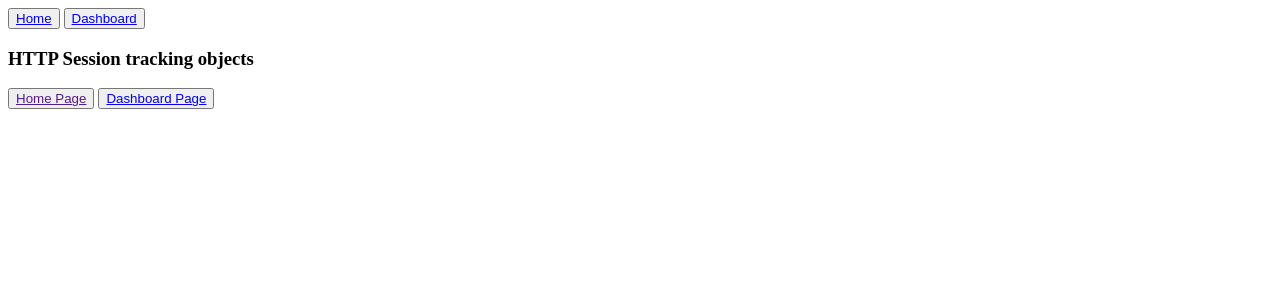
Repository: harshithkandula/Myfirstpractice
Page: SessionTrackingDemo/src/main/webapp/index.html
An editor plug-in stored every save of this project. The page is shown before and after the next save, followed by the edit.
The browser window is 1280 px wide. The pictures show the whole page.

Above is the page before, as saved 2024-02-10 14:23:14.

### SessionTrackingDemo/src/main/webapp/index.html
<!DOCTYPE html>
<html>
<head>
<meta charset="ISO-8859-1">
<title>Insert title here</title>
</head>
<body>

      <button>
             <a href="home">Home</a>
       </button>
      <button>
            <a href="ds">Dashboard</a>
      </button>

      <h3>HTTP Session tracking objects</h3>

      <button>
         <a href="">Home Page</a>
      </button>

      <button>
         <a href="DASHBOARD">Dashboard Page</a>
      </button>
</body>
</html>

After the next save:
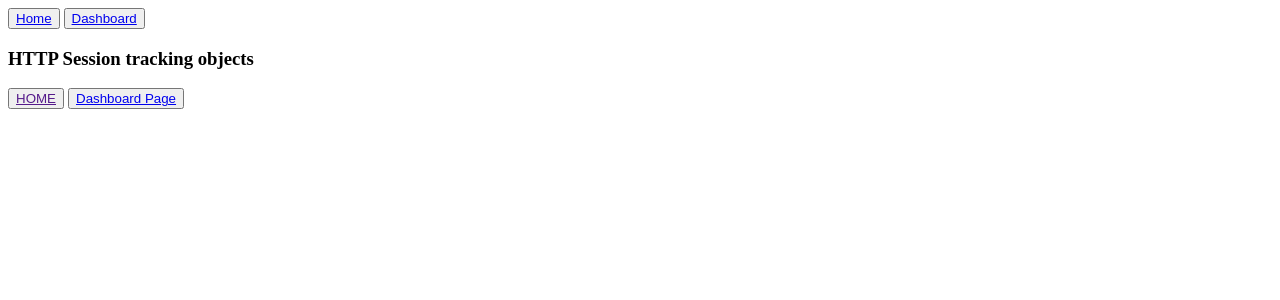
Saved 64 s later.
--- a/SessionTrackingDemo/src/main/webapp/index.html
+++ b/SessionTrackingDemo/src/main/webapp/index.html
@@ -16,7 +16,7 @@
       <h3>HTTP Session tracking objects</h3>
 
       <button>
-         <a href="">Home Page</a>
+         <a href="">HOME</a>
       </button>
 
       <button>
